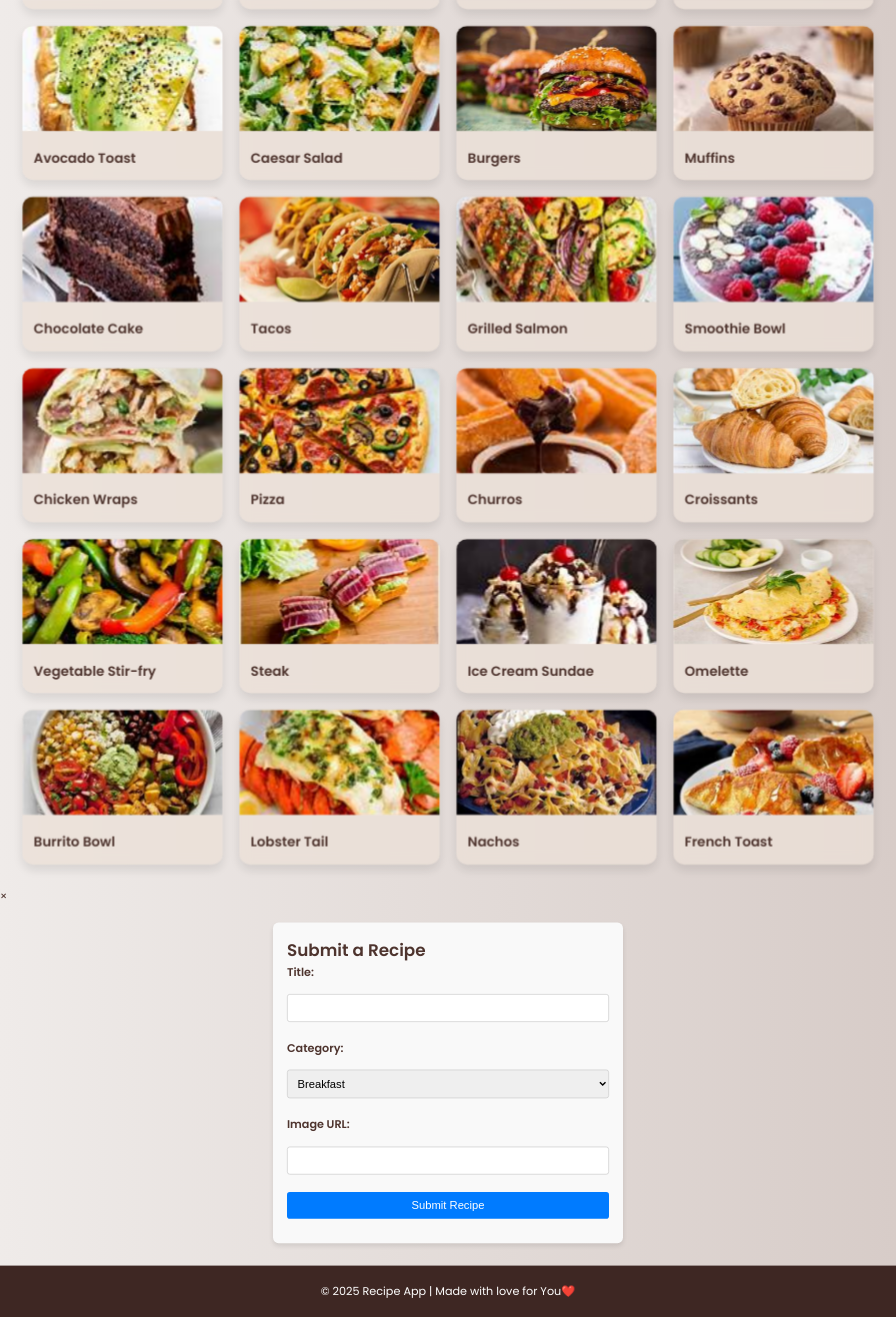
Repository: Patience225/recipe-app
Page: index.html
These files come from the project's save history. The page is drawn as it stood at one moment and after a run of saves; the edit follows.
The browser window is 1280 px wide. The pictures show the part of the page from y = 830 to 2750 px (the page is 2712 px tall before and 2750 px after), at 70% of full size.

Above is the page before, as saved 2025-01-30 02:39:45.

### index.html
<!DOCTYPE html>
<html lang="en">
<head>
  <meta charset="UTF-8">
  <meta name="viewport" content="width=device-width, initial-scale=1.0">
  <title>Recipe App</title>
  <link href="https://fonts.googleapis.com/css2?family=Poppins:wght@400;600&display=swap" rel="stylesheet">
  <link rel="stylesheet" href="styles.css">
  <link rel="icon" href="images/favicon-logo-recipe.png" type="image/png">
</head>
<body>
  <header>
    <h1>Recipe App</h1>
    <p>Your gateway to delicious inspirations 🍲</p>
    <input type="text" id="search" placeholder="Search for recipes...">
    <button id="theme-toggle">🌙</button>
  </header>

  <section class="hero">
    <h2>Discover the Joy of Cooking</h2>
    <p>Browse through a collection of amazing recipes handpicked for you!</p>
    <button id="explore-btn">Explore Recipes</button>
  </section>

  <section id="categories">
    <h2>Categories</h2>
    <div class="category-buttons">
      <button data-category="All">All</button>
      <button data-category="Breakfast">Breakfast</button>
      <button data-category="Lunch">Lunch</button>
      <button data-category="Dinner">Dinner</button>
      <button data-category="Snacks">Snacks</button>
    </div>
  </section>

  <section id="recipe-list"></section>

  <div id="recipe-modal" class="modal">
    <div class="modal-content">
      <span class="close-btn">&times;</span>
      <h2 id="modal-title"></h2>
      <img id="modal-image" src="" alt="">
      <p id="modal-description"></p>
    </div>
  </div>

  <div id="recipe-form-container">
    <h2>Submit a Recipe</h2>
    <form id="recipe-form">
      <label for="recipe-title">Title:</label>
      <input type="text" id="recipe-title" required>

      <label for="recipe-category">Category:</label>
      <select id="recipe-category">
        <option value="Breakfast">Breakfast</option>
        <option value="Lunch">Lunch</option>
        <option value="Dinner">Dinner</option>
        <option value="Snacks">Snacks</option>
      </select>

      <label for="recipe-image">Image URL:</label>
      <input type="url" id="recipe-image" required>

      <button type="submit">Submit Recipe</button>
    </form>
  </div>

  <footer>
    <p>&copy; 2025 Recipe App | Made with love for You❤️</p>
  </footer>

  <script src="script.js"></script>
  <script>
    if ("serviceWorker" in navigator) {
      window.addEventListener("load", () => {
        navigator.serviceWorker.register("/sw.js").then(
          (registration) => {
            console.log("Service Worker registered with scope:", registration.scope);
          },
          (error) => {
            console.log("Service Worker registration failed:", error);
          }
        );
      });
    }
  </script>
</body>
</html>

### styles.css
* {
  margin: 0;
  padding: 0;
  box-sizing: border-box;
}

body {
  font-family: 'Poppins', sans-serif;
  background: linear-gradient(to right, #efebe9, #d7ccc8);
  color: #4e342e;
  line-height: 1.6;
}

header {
  background: linear-gradient(135deg, #795548, #3e2723);
  text-align: center;
  color: #fff;
  padding: 2rem;
  box-shadow: 0 4px 10px rgba(0, 0, 0, 0.1);
}

header h1 {
  font-size: 2.5rem;
  font-weight: 600;
}

header input {
  margin-top: 1rem;
  padding: 0.8rem 1rem;
  border-radius: 20px;
  border: none;
  outline: none;
  width: 80%;
  max-width: 400px;
  background: #efebe9;
  color: #4e342e;
}

header #theme-toggle {
  margin-top: 1rem;
  padding: 0.5rem 1rem;
  border: none;
  background: #d7ccc8;
  color: #3e2723;
  border-radius: 20px;
  cursor: pointer;
}

.hero {
  background: linear-gradient(135deg, rgba(121, 85, 72, 0.9), rgba(62, 39, 35, 0.9));
  color: #efebe9;
  text-align: center;
  padding: 3rem 2rem;
  margin-top: -1rem;
  clip-path: polygon(0 0, 100% 0, 100% 85%, 0 100%);
}

.hero h2 {
  font-size: 2rem;
  margin-bottom: 1rem;
}

.hero p {
  font-size: 1.2rem;
  margin-bottom: 2rem;
}

.hero button {
  padding: 0.8rem 1.5rem;
  background-color: #5d4037;
  color: white;
  border: none;
  border-radius: 20px;
  font-size: 1rem;
  cursor: pointer;
}

.hero button:hover {
  background-color: #4e342e;
}

#categories {
  margin: 2rem auto;
  text-align: center;
}

.category-buttons button {
  margin: 0.5rem;
  padding: 0.8rem 1.5rem;
  background-color: #8d6e63;
  color: white;
  border: none;
  border-radius: 20px;
  cursor: pointer;
}

.category-buttons button:hover {
  background-color: #6d4c41;
}

#recipe-list {
  display: grid;
  grid-template-columns: repeat(auto-fill, minmax(250px, 1fr));
  gap: 1.5rem;
  margin: 2rem;
}

.recipe-card {
  background: rgba(236, 224, 216, 0.8);
  backdrop-filter: blur(10px);
  border-radius: 15px;
  box-shadow: 0 8px 15px rgba(0, 0, 0, 0.1);
  transition: transform 0.3s;
  overflow: hidden;
}

.recipe-card img {
  width: 100%;
  height: 150px;
  object-fit: cover;
}

.recipe-card h3 {
  padding: 1rem;
  font-size: 1.2rem;
  color: #4e342e;
}

.recipe-card:hover {
  transform: scale(1.05);
}

footer {
  text-align: center;
  padding: 1.5rem;
  background: #3e2723;
  color: white;
  margin-top: 2rem;
}

body.dark-theme {
  background: #212121;
  color: white;
}

body.dark-theme header {
  background: linear-gradient(135deg, #4e342e, #3e2723);
}

body.dark-theme .hero {
  background: linear-gradient(135deg, rgba(62, 39, 35, 0.9), rgba(33, 33, 33, 0.9));
}

body.dark-theme .recipe-card {
  background: rgba(62, 39, 35, 0.8);
}

body.dark-theme footer {
  background: #3e2723;
}

#recipe-form-container {
  max-width: 500px;
  margin: 0 auto;
  padding: 20px;
  background-color: #f9f9f9;
  border-radius: 8px;
  box-shadow: 0 4px 8px rgba(0, 0, 0, 0.1);
}

#recipe-form label {
  display: block;
  margin-bottom: 8px;
  font-weight: 600;
}

#recipe-form input,
#recipe-form select,
#recipe-form button {
  width: 100%;
  padding: 10px;
  margin-bottom: 15px;
  border: 1px solid #ccc;
  border-radius: 4px;
  font-size: 16px;
}

#recipe-form button {
  background-color: #007bff;
  color: #fff;
  border: none;
  cursor: pointer;
  transition: background-color 0.3s ease;
}

#recipe-form button:hover {
  background-color: #4e342e;
}


#recipe-form {
  display: flex;
  flex-direction: column;
  gap: 10px;
}

### script.js
const recipeList = document.getElementById("recipe-list");
const categoriesButtons = document.querySelectorAll(".category-buttons button");
const searchInput = document.getElementById("search");
const themeToggleBtn = document.getElementById("theme-toggle");
const recipeForm = document.getElementById("recipe-form");
const recipeFormContainer = document.getElementById("recipe-form-container");
const recipeModal = document.getElementById("recipe-modal");
const modalTitle = document.getElementById("modal-title");
const modalImage = document.getElementById("modal-image");
const modalDescription = document.getElementById("modal-description");
const closeModalBtn = document.querySelector(".close-btn");

const recipes = [
    {
      id: 1,
      title: "Spaghetti Carbonara",
      category: "Lunch",
      image: "images/Spaghetti Carbonara.jpeg",
    },
    {
      id: 2,
      title: "Pancakes",
      category: "Breakfast",
      image: "images/Pancakes.jpeg",
    },
    {
      id: 3,
      title: "Grilled Chicken",
      category: "Dinner",
      image: "images/Grilled Chicken.jpeg",
    },
    {
      id: 4,
      title: "Fruit Salad",
      category: "Snacks",
      image: "images/Fruit Salad.jpeg",
    },
    {
      id: 5,
      title: "Avocado Toast",
      category: "Breakfast",
      image: "images/Avocado Toast.jpeg",
    },
    {
      id: 6,
      title: "Caesar Salad",
      category: "Lunch",
      image: "images/Caesar Salad.jpeg",
    },
    {
      id: 7,
      title: "Burgers",
      category: "Dinner",
      image: "images/Burgers.jpeg",
    },
    {
      id: 8,
      title: "Muffins",
      category: "Breakfast",
      image: "images/Muffins.jpeg",
    },
    {
      id: 9,
      title: "Chocolate Cake",
      category: "Snacks",
      image: "images/Chocolate Cake.jpeg",
    },
    {
      id: 10,
      title: "Tacos",
      category: "Lunch",
      image: "images/Tacos.jpeg",
    },
    {
      id: 11,
      title: "Grilled Salmon",
      category: "Dinner",
      image: "images/Grilled Salmon.jpeg",
    },
    {
      id: 12,
      title: "Smoothie Bowl",
      category: "Breakfast",
      image: "images/Smoothie Bowl.jpeg",
    },
    {
      id: 13,
      title: "Chicken Wraps",
      category: "Lunch",
      image: "images/Chicken Wraps.jpeg",
    },
    {
      id: 14,
      title: "Pizza",
      category: "Dinner",
      image: "images/Pizza.jpeg",
    },
    {
      id: 15,
      title: "Churros",
      category: "Snacks",
      image: "images/Churros.jpeg",
    },
    {
      id: 16,
      title: "Croissants",
      category: "Breakfast",
      image: "images/Croissants.jpeg",
    },
    {
      id: 17,
      title: "Vegetable Stir-fry",
      category: "Lunch",
      image: "images/Vegetable Stir-fry.jpeg",
    },
    {
      id: 18,
      title: "Steak",
      category: "Dinner",
      image: "images/Steak.jpeg",
    },
    {
      id: 19,
      title: "Ice Cream Sundae",
      category: "Snacks",
      image: "images/Ice Cream Sundae.jpeg",
    },
    {
      id: 20,
      title: "Omelette",
      category: "Breakfast",
      image: "images/Omelette.jpeg",
    },
    {
      id: 21,
      title: "Burrito Bowl",
      category: "Lunch",
      image: "images/Burrito Bowl.jpeg",
    },
    {
      id: 22,
      title: "Lobster Tail",
      category: "Dinner",
      image: "images/Lobster Tail.jpeg",
    },
    {
      id: 23,
      title: "Nachos",
      category: "Snacks",
      image: "images/Nachos.jpeg",
    },
    {
      id: 24,
      title: "French Toast",
      category: "Breakfast",
      image: "images/French Toast.jpeg",
    },
  ];

const displayRecipes = (recipes) => {
  recipeList.innerHTML = "";
  recipes.forEach((recipe) => {
    const recipeCard = document.createElement("div");
    recipeCard.classList.add("recipe-card");
    recipeCard.innerHTML = `
      <img src="${recipe.image}" alt="${recipe.title}">
      <h3>${recipe.title}</h3>
    `;
    recipeCard.addEventListener("click", () => openRecipeModal(recipe));
    recipeList.appendChild(recipeCard);
  });
};

const openRecipeModal = (recipe) => {
  modalTitle.textContent = recipe.title;
  modalImage.src = recipe.image;
  modalDescription.textContent = recipe.description;
  recipeModal.style.display = "block";
};

closeModalBtn.addEventListener("click", () => {
  recipeModal.style.display = "none";
});

themeToggleBtn.addEventListener("click", () => {
  document.body.classList.toggle("dark-theme");
});

categoriesButtons.forEach((button) => {
  button.addEventListener("click", () => {
    const category = button.dataset.category;
    const filteredRecipes = category === "All" ? recipes : recipes.filter(recipe => recipe.category === category);
    displayRecipes(filteredRecipes);
  });
});

searchInput.addEventListener("input", (e) => {
  const searchTerm = e.target.value.toLowerCase();
  const filteredRecipes = recipes.filter(recipe => recipe.title.toLowerCase().includes(searchTerm));
  displayRecipes(filteredRecipes);
});

recipeForm.addEventListener("submit", (e) => {
  e.preventDefault();
  const newRecipe = {
    title: recipeForm["recipe-title"].value,
    category: recipeForm["recipe-category"].value,
    image: recipeForm["recipe-image"].value,
  };
  recipes.push(newRecipe);
  displayRecipes(recipes);
  recipeForm.reset();
});

displayRecipes(recipes);

After the next 2 saves:
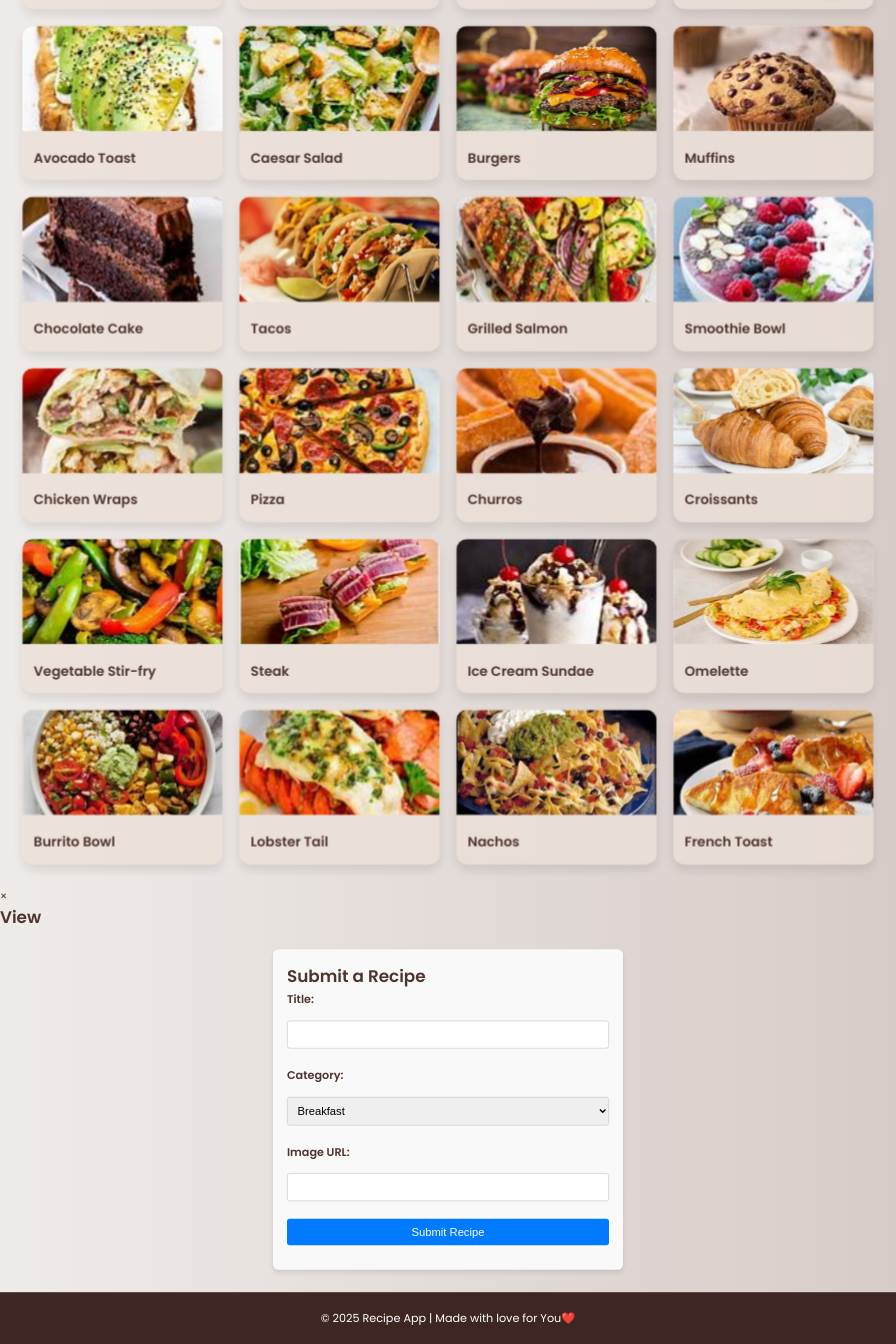
The 2 saves are shown as one change because they came seconds apart.
The last was saved 83 s later.
--- a/index.html
+++ b/index.html
@@ -38,7 +38,7 @@
   <div id="recipe-modal" class="modal">
     <div class="modal-content">
       <span class="close-btn">&times;</span>
-      <h2 id="modal-title"></h2>
+      <h2 id="modal-title"> View </h2>
       <img id="modal-image" src="" alt="">
       <p id="modal-description"></p>
     </div>
